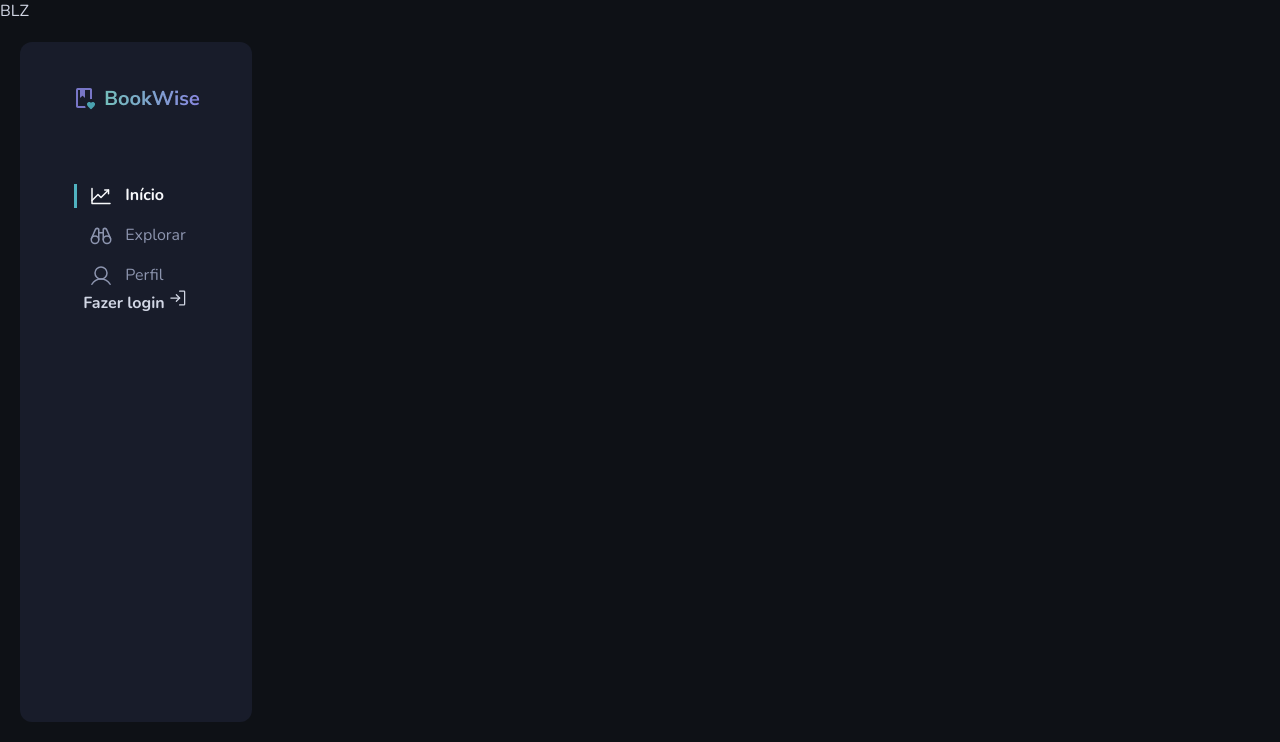
Repository: Giopol12/book-wise
Page: /index.page
These files come from the project's save history. The page is drawn as it stood at one moment and after the next save; the edit follows.
The browser window is 1280 px wide. The pictures show the whole page.
The project was rebuilt for these pictures with package versions that can differ from the ones it lists, and the page was loaded fresh each time. The framework's server and built-in components were replaced by stand-ins that run in the browser. Also part of the build but not shown: next.config.js.

Above is the page before, as saved 2023-10-17 15:52:38.

After the next save:
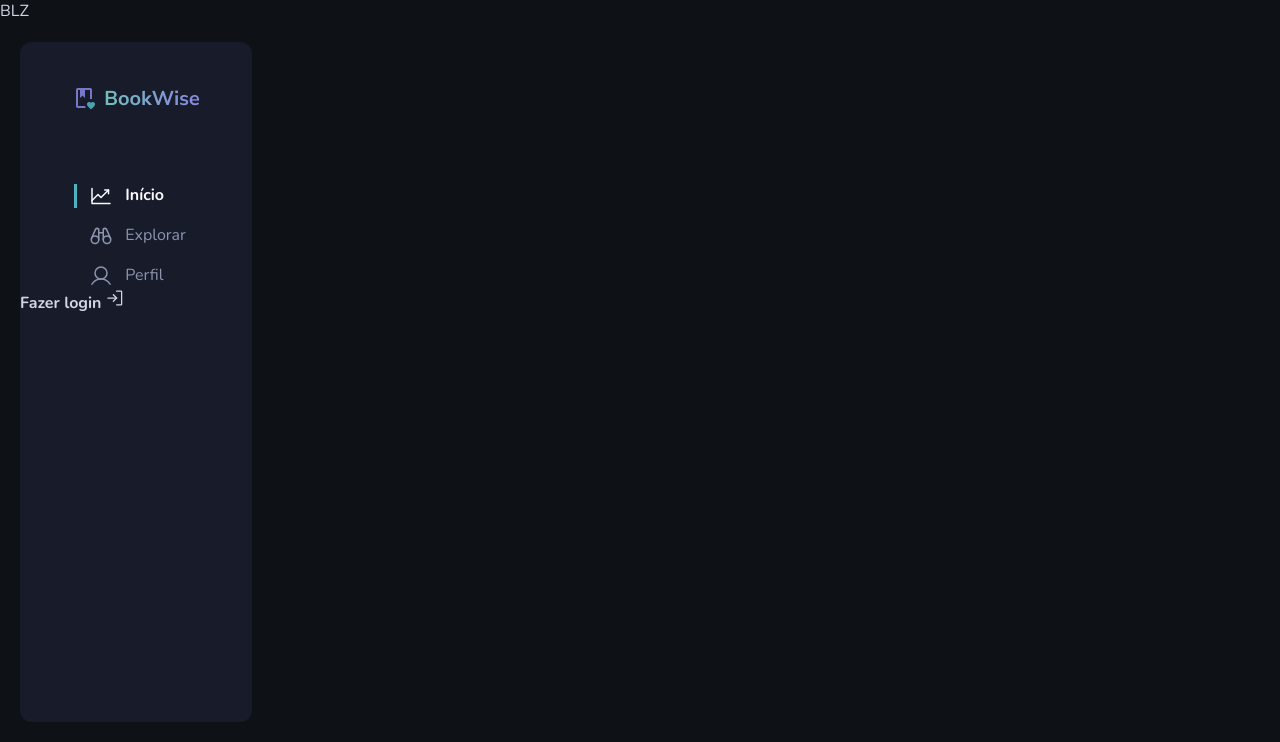
Saved 15 s later.
--- a/src/pages/home/components/Sidebar/styles.ts
+++ b/src/pages/home/components/Sidebar/styles.ts
@@ -6,10 +6,6 @@ export const SidebarContainer = styled('div', {
   width: '14.5rem',
   background: '$gray700',
   borderRadius: '12px',
-  display: 'flex',
-  flexDirection: 'column',
-  alignItems: 'center',
-  justifyContent: 'flex-start',
 })
 export const TopContainer = styled('div', {
   display: 'flex',
